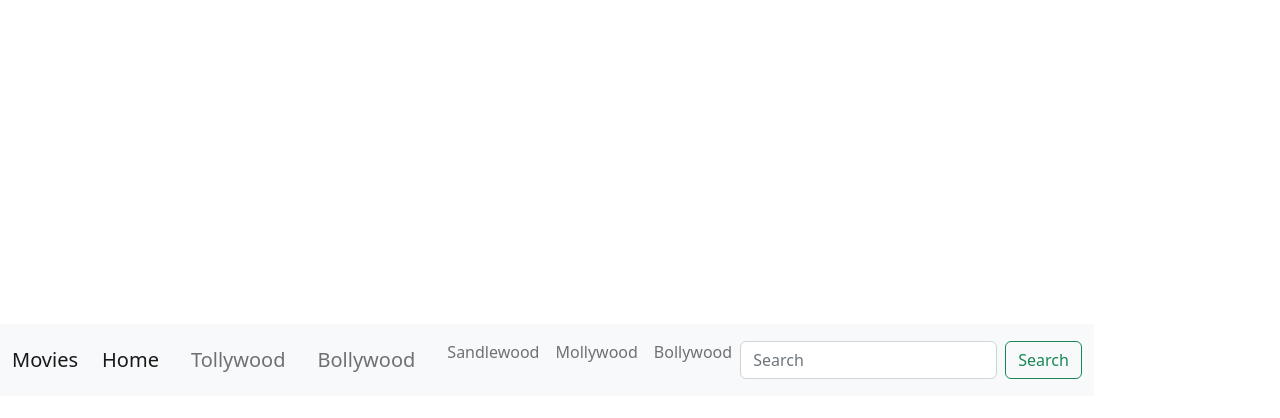
Repository: chandu7777158/Movies_spot
Page: /
These files come from the project's save history. The page is drawn as it stood at one moment and after the next save; the edit follows.
The browser window is 1280 px wide. The pictures show the whole page.
The project was rebuilt for these pictures with package versions that can differ from the ones it lists, and the page was loaded fresh each time. Also part of the build but not shown: vite.config.js.

Above is the page before, as saved 2026-01-22 10:17:06.

After the next save:
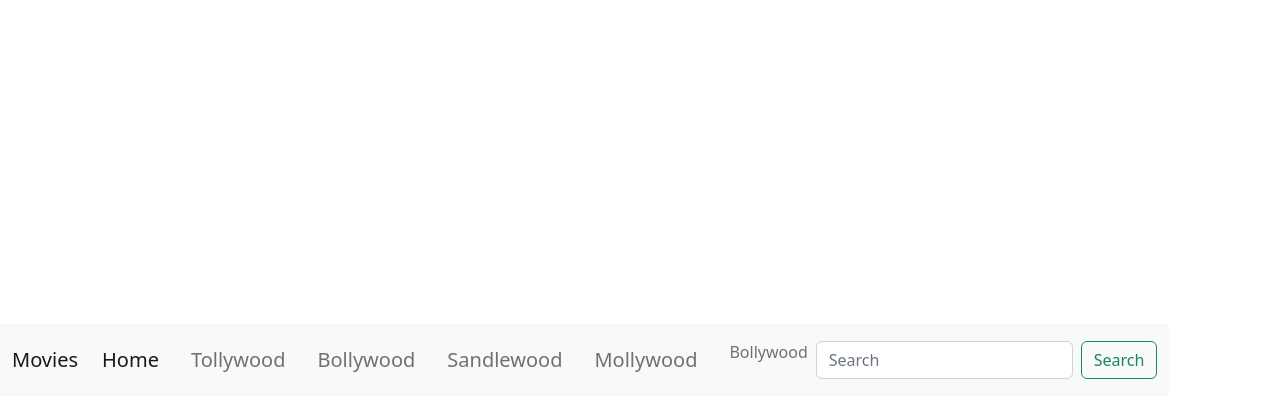
Saved 8 s later.
--- a/src/components/Navbar.jsx
+++ b/src/components/Navbar.jsx
@@ -20,10 +20,10 @@ export default function Navbar() {
                             <li class="navbar-brand">
                                 <a class="nav-link" href="#">Bollywood</a>
                             </li>
-                            <li class="nav-item">
+                            <li class="navbar-brand">
                                 <a class="nav-link" href="#">Sandlewood</a>
                             </li>
-                            <li class="nav-item ">
+                            <li class="navbar-brand ">
                                 <a class="nav-link " href="#">Mollywood</a>
                             </li>
                             <li class="nav-item ">
